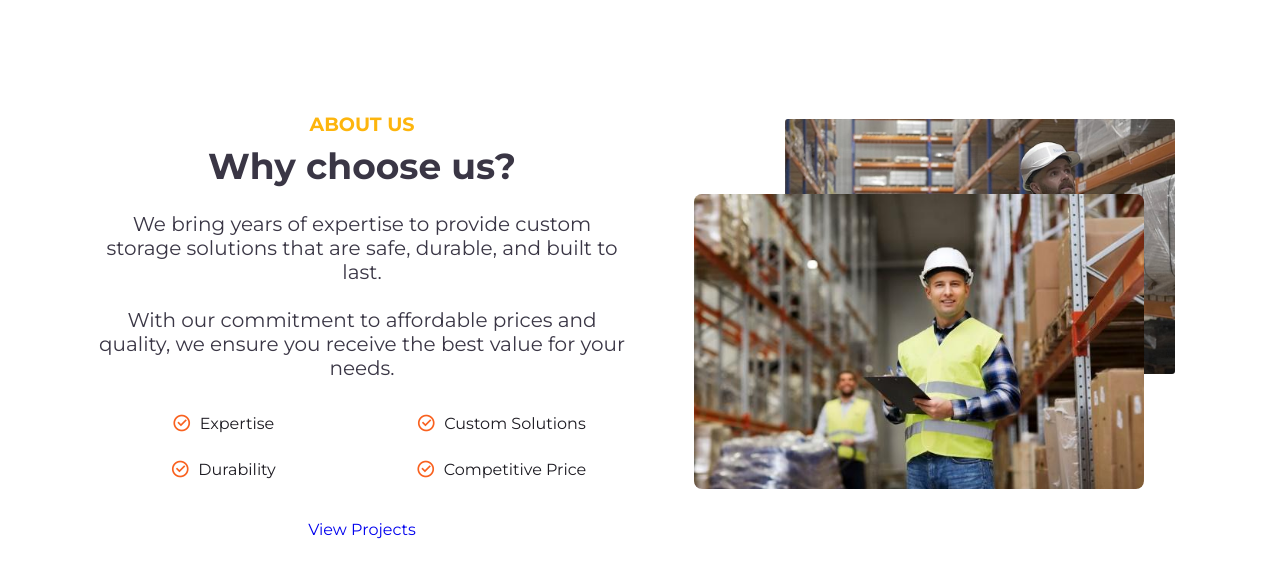
Repository: jahatesu/shelves-and-storage-equipment
Page: index.html
The author's editor kept a copy of each file at every save. The page is drawn from the files as they stood at one save, then again after the next save.
The browser window is 1280 px wide. The pictures show the part of the page from y = 720 to 1321 px (the page is 1307 px tall before and 1321 px after).
Backgrounds fixed to the window are drawn as part of the page. Some web fonts or font styles are not loaded; a fallback is used.

Above is the page before, as saved 2025-01-08 16:39:40.
Console error: TypeError: Cannot read properties of null (reading 'querySelector')

After the next save:
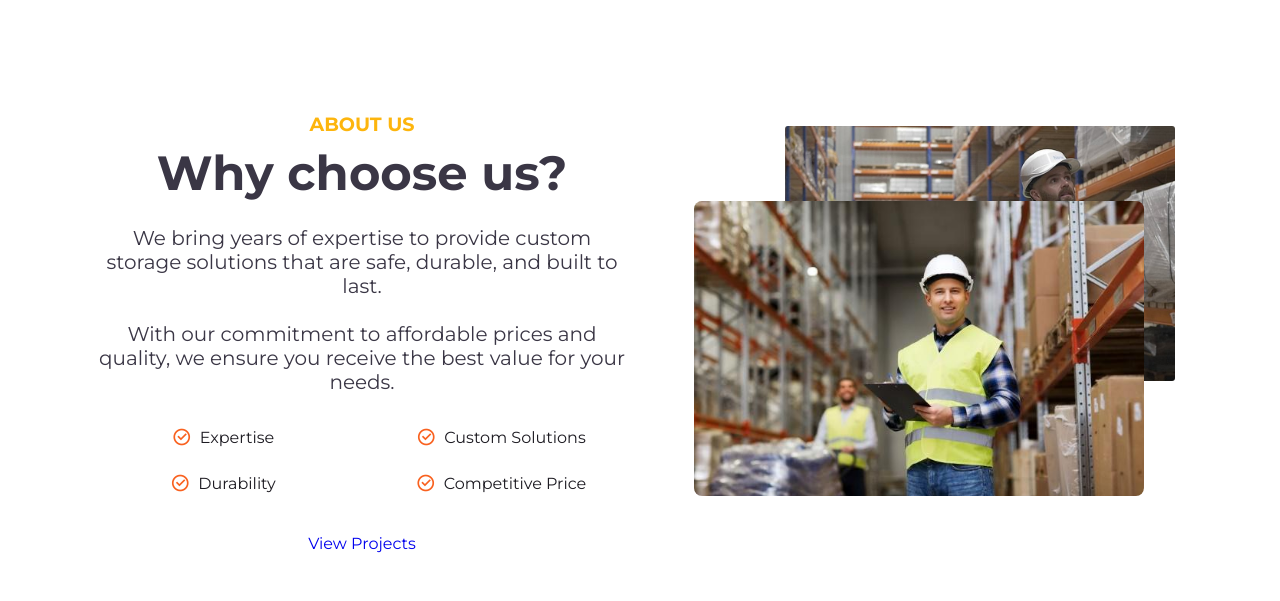
Saved 22 s later.
--- a/style.css
+++ b/style.css
@@ -194,7 +194,7 @@ body html{
 
 .section_title {
     text-align: center;
-    font-size: var(--h1-font-size);
+    font-size: 3rem;
     font-weight: var(--font-bold);
     margin-bottom: 1.5rem;
 }
